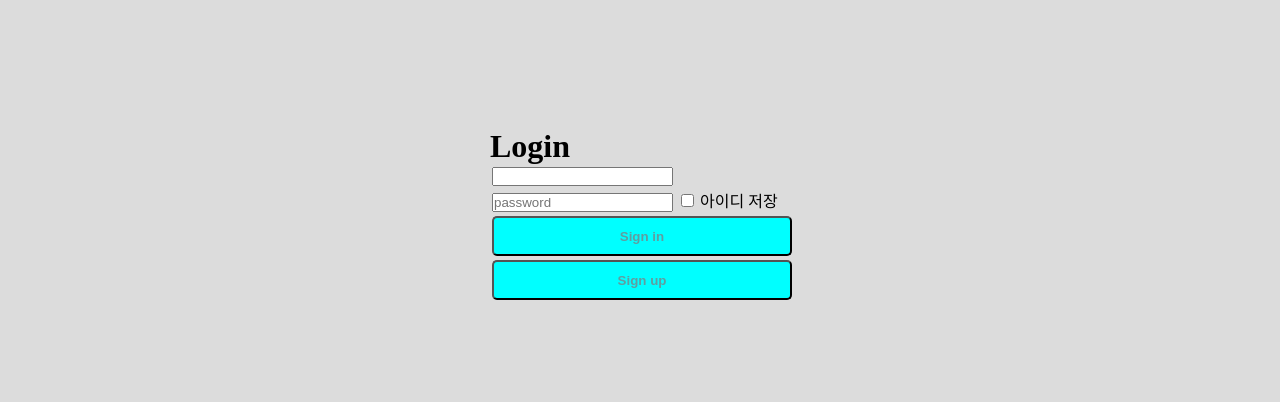
Repository: Junvelop/hkdevelope
Page: http://localhost/04_hklogin_MVC1/
An editor plug-in stored every save of this project. The page is shown before and after the next save, followed by the edit.
The browser window is 1280 px wide. The pictures show the whole page.
The page is served by Tomcat 9. Other server files are loaded and not shown.

Above is the page before, as saved 2024-09-10 01:49:02.

### Downloads/back_end_edu20240624-master (1)/04_hklogin_MVC1/src/main/webapp/index.jsp
<%@ page language="java" contentType="text/html; charset=EUC-KR"
    pageEncoding="EUC-KR"%>
<%request.setCharacterEncoding("utf-8"); %>
<%response.setContentType("text/html;charset=UTF-8"); %>
<!DOCTYPE html>
<html>
<head>
<meta charset="EUC-KR">
<title>Insert title here</title>
<link rel="stylesheet" href = "css/loginpage.css">
</head>
<body>
<form action = "">
	<h1>Login</h1>
	<input type = "text" name = "id" required="required"/>
	<input type = "password" name = "password" placeholder = "password" required="required"/>
	<input type = "checkbox" value = "remember-me"/> <label>아이디 저장</label>
	<button type = "submit">Sign in</button>
	<button type = "button" onclick = "registerForm()">Sign up</button>
</form>
<script type = "text/javascript">
	function registerForm(){
		location.href = "userController.jsp?command=registform"
	}
</script>
</body>
</html>

### Downloads/back_end_edu20240624-master (1)/04_hklogin_MVC1/src/main/webapp/css/loginpage.css
@charset "EUC-KR";

*{
	margin : 0px;
	padding : 0px;
}

body{

	background-color : gainsboro;
}

button{
	border : 1px sloid cornflowerblue;
	background-color:cyan;
	border-radius:5px;
	width:300px;
	height:40px;
	color:cadetblue;
	font-weight : bold;
}


form{
	width:300px;
	margin: 10% auto;


}

input, button{
	margin:2px;
}

After the next save:
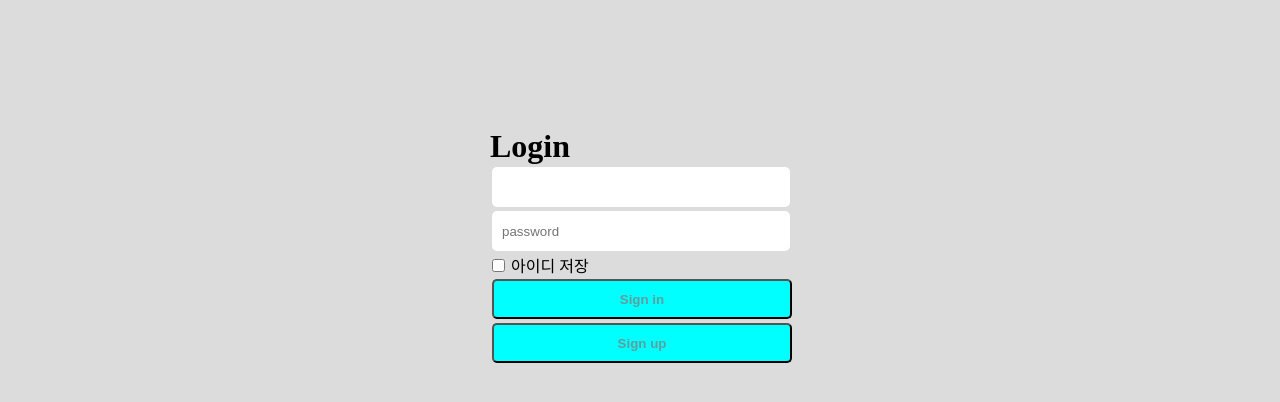
Saved 109 s later.
--- a/Downloads/back_end_edu20240624-master (1)/04_hklogin_MVC1/src/main/webapp/css/loginpage.css
+++ b/Downloads/back_end_edu20240624-master (1)/04_hklogin_MVC1/src/main/webapp/css/loginpage.css
@@ -31,3 +31,12 @@ form{
 input, button{
 	margin:2px;
 }
+
+input[name]{
+	border:0px;
+	width:288px;
+	height:40px;
+	border-radius:5px;
+	padding-left:10px;
+
+}

After the save that followed:
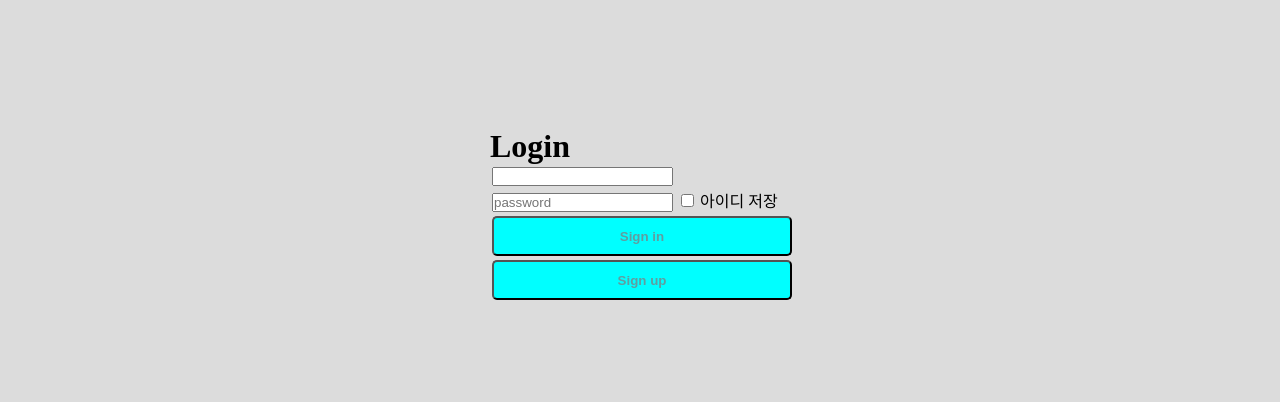
Saved 72 s later.
--- a/Downloads/back_end_edu20240624-master (1)/04_hklogin_MVC1/src/main/webapp/css/loginpage.css
+++ b/Downloads/back_end_edu20240624-master (1)/04_hklogin_MVC1/src/main/webapp/css/loginpage.css
@@ -32,11 +32,11 @@ input, button{
 	margin:2px;
 }
 
-input[name]{
+/*input[name]{
 	border:0px;
 	width:288px;
 	height:40px;
 	border-radius:5px;
 	padding-left:10px;
 
-}
+}*/
